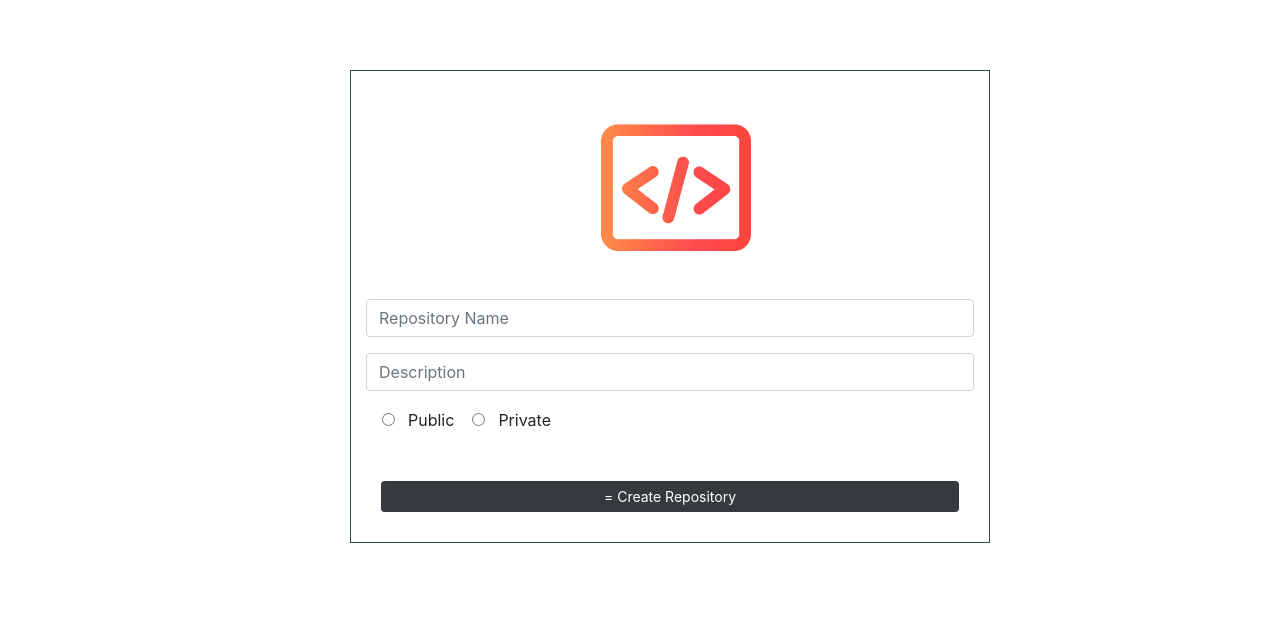
Repository: rashmikagamage/OAuth-Implementation
Page: /auth/github/callback (app in frontend/)
An editor plug-in stored every save of this project. The page is shown before and after the next save, followed by the edit.
The browser window is 1280 px wide. The pictures show the whole page.
Some web libraries are served in a nearby version. The project was rebuilt for these pictures with package versions that can differ from the ones it lists, and the page was loaded fresh each time. Also part of the build but not shown: frontend/src/css/twitter.css, frontend/src/components/login.js, frontend/src/components/twitter-home.js, frontend/src/components/login-git.js, frontend/src/App.css.

Above is the page before, as saved 2021-10-01 09:49:44.

After the next save:
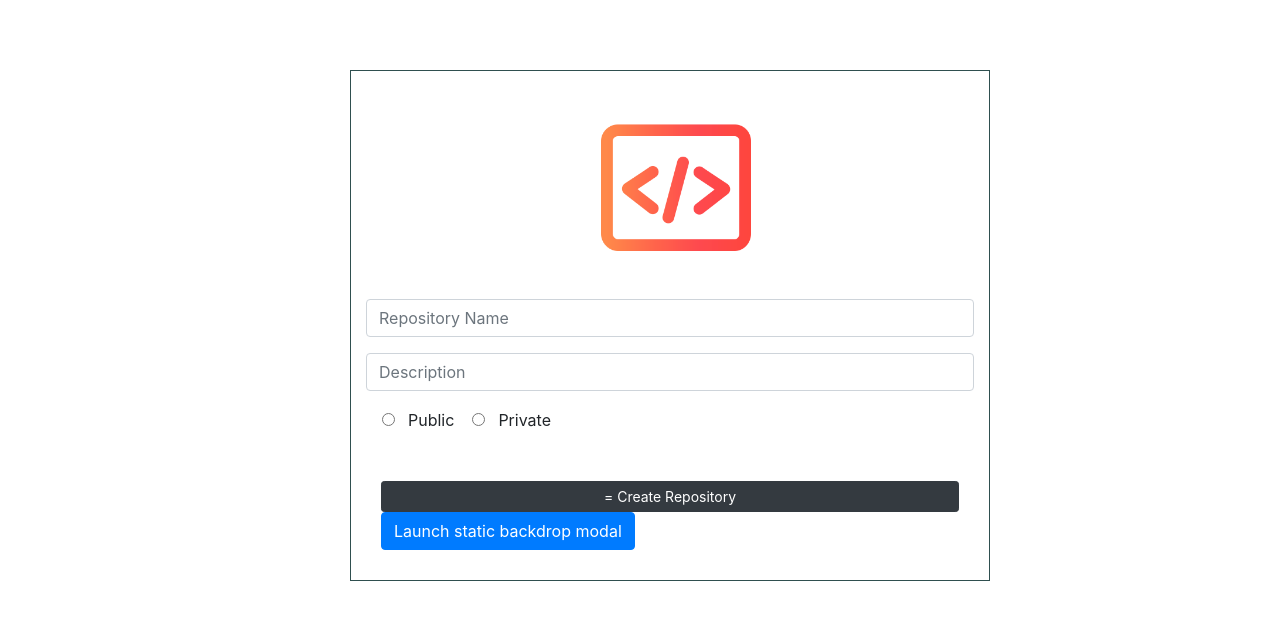
Saved 3 min 40 s later.
--- a/frontend/src/components/git-home.js
+++ b/frontend/src/components/git-home.js
@@ -1,6 +1,7 @@
 import "../css/git.css";
 import code from "../images/code.png";
 import React, { useState } from "react";
+import GitModal from "./git-modal";
 const Axios = require("axios").default;
 
 function GitHome(props) {
@@ -71,6 +72,7 @@ function GitHome(props) {
         </table>
       </form>
       <button type="button" class="btn btn-dark btn-sm btn-block mt-5" onClick> = {()=>createRepos()}Create Repository</button>
+      <GitModal></GitModal>
     </div>
   );
 }
